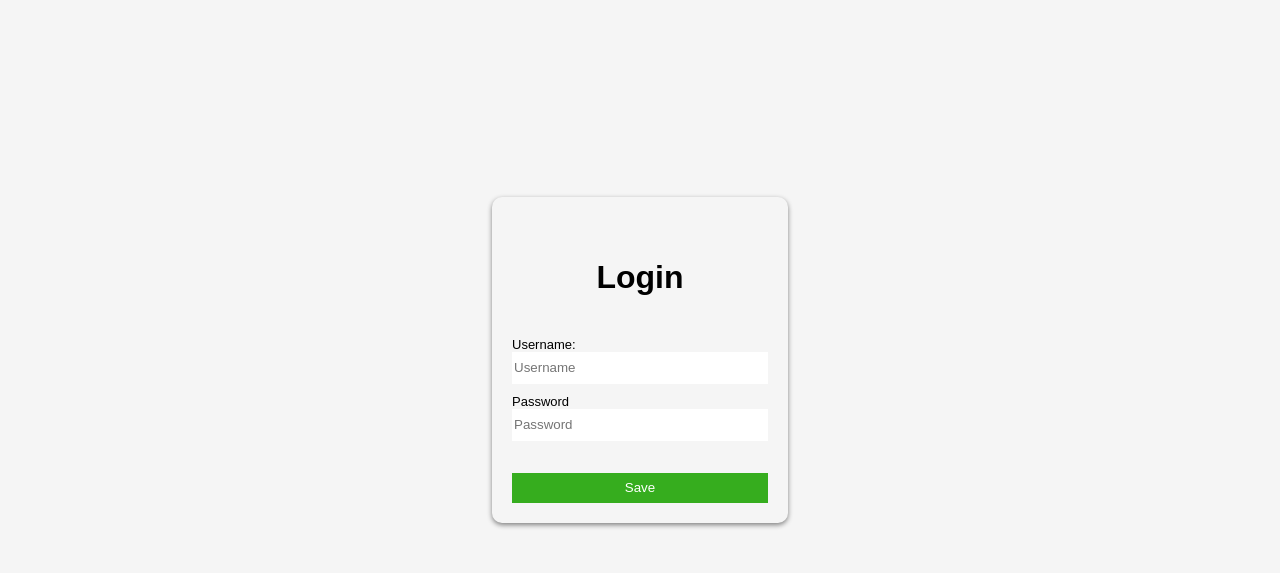
Repository: Dennis-star1001/PHP-CRUD
Page: http://localhost/login.php
An editor plug-in stored every save of this project. The page is shown before and after the next save, followed by the edit.
The browser window is 1280 px wide. The pictures show the whole page.
The page is run by PHP 8.4 with error messages shown; the project is at /var/www/html/.

Above is the page before, as saved 2022-07-05 22:40:46.

### login.php
<?php require("backend.php");
?>
<?php
$err = "";
$success ='';
$clas ='';
if (isset($_GET['err'])) {
    $err = $_GET['err'];
    $clas = 'error';

}elseif(isset($_GET['success'])){
    $sucess = $_GET['success'];
    $clas = 'success';

} ?>
<!DOCTYPE html>
<html lang="en">

<head>
    <meta charset="UTF-8">
    <meta http-equiv="X-UA-Compatible" content="IE=edge">
    <meta name="viewport" content="width=device-width, initial-scale=1.0">
    <link rel="stylesheet" href="style.css">
    <title>Document</title>
</head>
<body>
    <form method="POST" action="backend.php">
        <div class="container">
            <div class="left">
            <?php echo "<div class='$clas'>$err</div>" ?>
                <?php echo "<div class='$clas'>$success</div>" ?>
            <h1 class="title">Login</h1>
                <div class='success'></div>
                <div class="input-field">
                    <label for="username">Username:</label>
                    <input type="text" class="text-input" placeholder="Username" name="username" />
                </div>
                <div class="input-field">
                    <label for="password">Password</label>
                    <input type="password" class="text-input" placeholder="Password" name="password" />
                    <p></p>
                </div>

                <input type="submit" value="Save" class="submit" name="login" />

            </div>

        </div>
    </form>

</body>

</html>

### backend.php
<?php
require("connection.php");

if (isset($_POST['register'])) {
    $username = $_POST['username'];
    $email = $_POST['email'];
    $password = $_POST['password'];
    $phone = $_POST['phone'];

    if (empty($username) || empty($email) || empty($password) || empty($phone)) {
        header("Location: register.php?err=Empty field not allowed!");
        exit;
    }

    //check if existed
    $Select_sql = "SELECT * FROM register WHERE username = '$username' AND phone = '$phone'";

    $query =  mysqli_query($conn, $Select_sql);


    if (mysqli_num_rows($query) > 0) {
        header("Location: register.php?err=This user already exist");
        exit;
    } else {
        $Insert_sql = "INSERT INTO register SET username = '$username', email='$email', password='$password', phone = '$phone'";
        mysqli_query($conn, $Insert_sql);
        header("Location: login.php?sucess=You can now register");
    }
}


if (isset($_POST['login'])) {
    $username = $_POST['username'];

    $password = $_POST['password'];


    if (empty($username) || empty($password)) {
        header("Location: login.php?err=Empty field not allowed!");
        exit;
    }

    $sql = "SELECT * FROM register WHERE username = '$username' AND password = '$password'";
    $query = mysqli_query($conn, $sql);
    if (mysqli_num_rows($query) > 0) {
        $row = mysqli_fetch_array($query);
        $_SESSION['id'] = $row['id'];
        $_SESSION['username'] = $row['username'];
        $_SESSION['password'] = $row['password'];

        header("Location: index.php?success=Logged in...");


    } else {
        header("Location: login.php?err=User not found!");
        exit;
    }

}

### connection.php
<?php
$conn = mysqli_connect("localhost", "root", "", "Wild_animals");
if(!$conn){
die("Connection failed: " . mysqli_connect_error());
}

### style.css
body {
    margin: 0px;
    font-family: sans-serif;
    background-color: whitesmoke;
}

.title{

    text-align: center;

}

.container{
    display: flex;
    justify-content: center;
    align-items: center;
    height: 100vh;
}
.left{
    display: flex;
    flex-direction: column;
    width: 20%;
    /* border: 1px solid black; */
    box-shadow: 0 2px 5px gray;
    border-radius: 10px;
    padding: 20px;
    gap: 10px;
}
.input-field{
    display: flex;
    flex-direction: column;
}
input{
    height: 30px;
    border: none;

}
input:focus{
    outline: none;
    border-bottom: 1px solid gray;
}
label{
    font-size: 13px;
}
.submit{
    background-color: rgb(54, 173, 30);
    border: none;
    color: white;
}
.error {
    height: 5%;
    width: 100%;
    background-color: pink;
    color: red;
    font-family: sans-serif;
    display: flex;
    justify-content: center;
    align-items: center;
    font-size: 15px;
}

.success {
    height: 10%;
    width: 100%;
    background-color: lightgreen;
    color: green;
    font-family: sans-serif;
    display: flex;
    justify-content: center;
    align-items: center;
    font-size: 15px;
}
p{
    font-size: 11px;
    text-align: center;
}

After the next save:
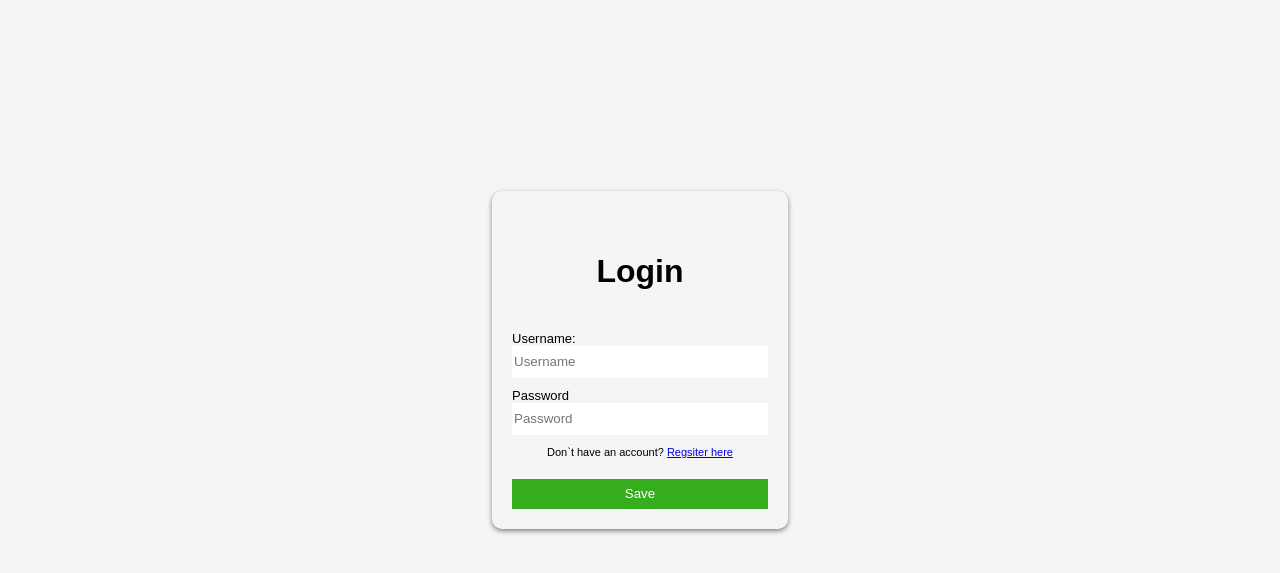
Saved 76 s later.
--- a/login.php
+++ b/login.php
@@ -38,7 +38,7 @@ if (isset($_GET['err'])) {
                 <div class="input-field">
                     <label for="password">Password</label>
                     <input type="password" class="text-input" placeholder="Password" name="password" />
-                    <p></p>
+                    <p class="login-link">Don`t have an account? <a href="register.php">Regsiter here</a> </p>
                 </div>
 
                 <input type="submit" value="Save" class="submit" name="login" />
